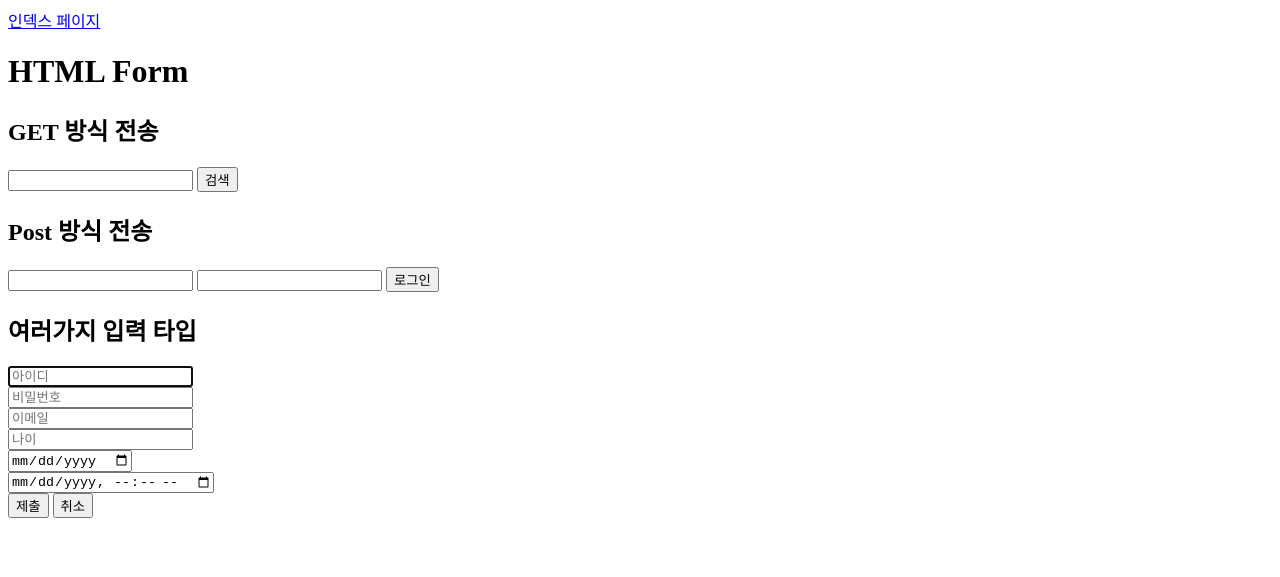
Repository: Sid0130/HTML
Page: lab-web/lab01_html/src/main/webapp/form.html
The author's editor kept a copy of each file at every save. The page is drawn from the files as they stood at one save, then again after the next save.
The browser window is 1280 px wide. The pictures show the whole page.

Above is the page before, as saved 2024-12-04 04:45:55.

### lab-web/lab01_html/src/main/webapp/form.html
<!DOCTYPE html>
<html>
	<head>
		<meta charset="UTF-8">
		<title>Lab01</title>
	</head>
	<body>
		<a href="index.html">인덱스 페이지</a>

        <h1>HTML Form</h1>

        <h2>GET 방식 전송</h2>

        <!-- action에 파일이름을 주면 되고 ? query
            atction은 서브밋버튼을 클릭했을때 이동할 페이지 주소 url 주소 뒤에 query -->
        <form method="get" action="result.html">
            <!--메서드는 요청방식 액션은 이동할 주소 -->
            <!--  form 태그 method 속성 설정을 생략하면 기본값은 GET -->
            <input type="text" name="keyword" /> <!-- 중요 name은 변수의 이름 값 인풋에서 입력한값을 서버로 보내는거  -->
            <!--input 태그 name 속성은 요청 파라미터(requsetp parmeter) 이름
            name 속성이 없으면 입력값은 서버로 전송되지 않음! -->

            <input type="submit" value="검색" /> <!-- 버튼 만드려면 submit -->

        </form>

        <h2>Post 방식 전송</h2>

        <form action="result.html" method="post" />
            <input type="text" name="userid" />
            <input type="password" name="userpw" />
            <input type= "submit"   value = "로그인" />
            <!-- 네임이 없으면 서버에 전송할 수 없어서 반드시 있어야함 -->
        </form>

        <h2> 여러가지 입력 타입 </h2>

        <form action="result.html">  <!--  method 속성을 생략하면 GET 방식. -->
            <input type="text" name="userid" placeholder="아이디" required autofocus/> <!-- 오토포커스  -->
            <!-- placehoder는 힌트를 주는것 무엇을 입력해야할지 required는 반드시 필요한 값이다 라는것
                 입력안했을때 나오는 문구나 경고같은창을 띄워즈는데 그것은 브라우저가 만들어주는것 -->
            <br/>
            <input type="password" name="userpw" placeholder="비밀번호" required />
            <br/>
            <input type="email" name="email" placeholder="이메일" />
            <!-- 타입을 이메일을 쓰면 입력을 제대로 안했을 때 브라우저가 검사를해줌 -->
            <br/>
            <input type="number" name="age" placeholder="나이"/>
            <br/>
            <input type="date" name="birthday" />
            <br/>
            <input type="datetime-local" name="createdTime" />
            <br/>

            <input type="submit" value="제출"/> <!-- 클라이언트가 서버로 양식 데이터를 제출 -->
            <input type="reset" value="취소"/> <!--클라이언트가 양식 데이터를 초기화 -->
            <!--UTF8 모든 특수기호는 인코딩한 다음에 보내주는 것 -->


        </form>
	</body>
</html>

<!--
클라이언트에서 (브라우저, 앱)에서 사용자의 입력을 받아서, 입력 내용을 서버로 전송하는 방법:
1. GET 방식
    클라이언트가 서버로 보내는 양식(form) 데이터를 요청 주소(URL)의 질의 문자열(query string)에 포함시켜서 전송하는 방식.
    (예) 검색어 전송.
    form 태그의 기본 전송 방식(method)은 GET. 메서드의 속성을 생략하면 기본값은 GET이다.
    전송하는 데이터의 크기가 제한이 있음.

2. POST 방식:
    클라이언트가 서버로 보내는 양식 데이터를 요청 주소에 노출시키지 않고,
    요청 패킷의 몸통(body)에 포함시켜서 전송하는 방식.
    전송하는 데이터의 크기 제한이 없음.
    (예) 로그인(아이디, 비밀번호 전송).
    보안이 필요한 노출이 되면 안되기 때문에

URL 형식:
    o. 프로토콜://서버이름(IP주소):포트번호/경로?질의문자열
       (예) https://www.google.com/search?q=qwer 모든 문자열은 쿼리스트링 클라이언트가 서버로 보내는 데이터
       (예) http://localhost:8080/lab01_html/result.html?keyword=qwer
       <하이퍼 텍스트 트랜스퍼 프로토콜 시큐어 html을 서로 주고받는 보안>
    특정포트번호는 생략가능 이외는 지정을 해야함. 질의문자열은 있을 수도 없을수도

    o. 프로토콜: http(hyper text transfer protocol), https
    o. 서버 IP 주소를 직접 사용할 수도 있지만, 일반적으로는 DNS에 등록된 도메인 이름을 사용.
       (예) www.google.com, www.daum.net
    o. 포트번호 80은 생략.
    http와 https에서는 8080을 사용한다 라고 약속이 되어 있어서 생략이 가능한건데 다른 포트 번호들은 생략하면 안됨
    o. 요청 경로(request path)와 질의 문자열(query string)은 ?로 구분.
    ?가 보인다 하면 앞쪽은 request path 뒤쪽은query string라고 부름
    o. 질의 문자열은 "파라미터=값&파라미터=값&..." 형식으로 작성.0
    o. 질의 문자열에서 요청 파라미터
    파라미터와 파라미터를 구분하는 &
    리퀘스트 파라미터, 두번째 리퀘스트 파라미터 각 리퀘스트 파라미터끼리 구분하는건 &로

 -->

After the next save:
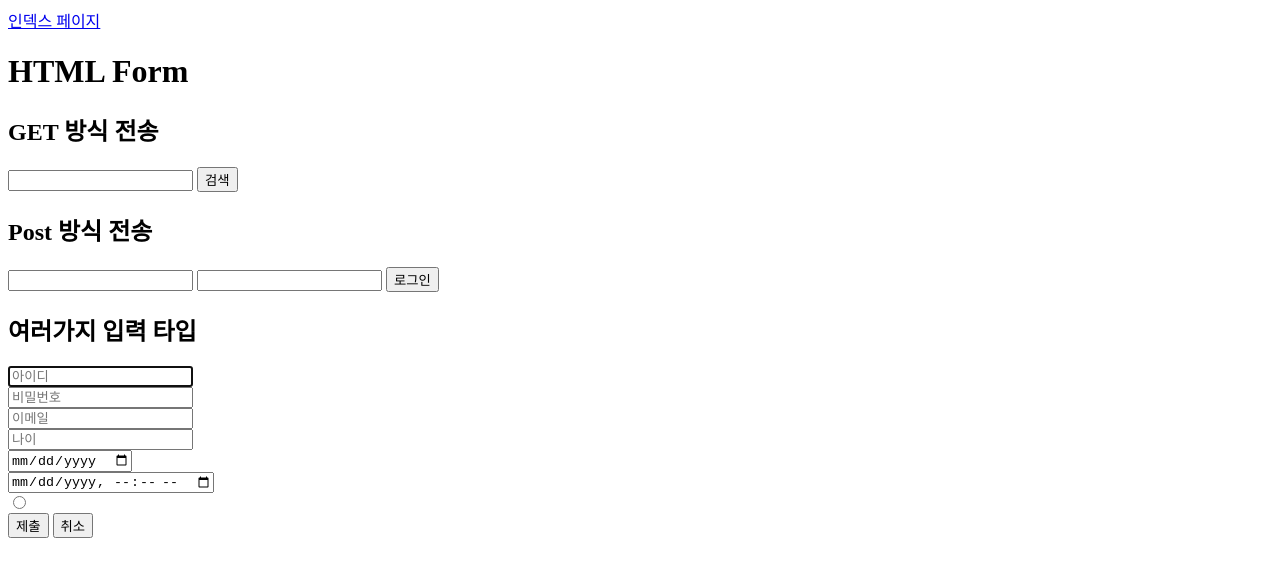
Saved 2 min 51 s later.
--- a/lab-web/lab01_html/src/main/webapp/form.html
+++ b/lab-web/lab01_html/src/main/webapp/form.html
@@ -52,6 +52,9 @@
             <input type="datetime-local" name="createdTime" />
             <br/>
 
+            <!-- 라디오 버튼 -->
+            <input type="radio" name="radio" />
+            <br/>
             <input type="submit" value="제출"/> <!-- 클라이언트가 서버로 양식 데이터를 제출 -->
             <input type="reset" value="취소"/> <!--클라이언트가 양식 데이터를 초기화 -->
             <!--UTF8 모든 특수기호는 인코딩한 다음에 보내주는 것 -->
